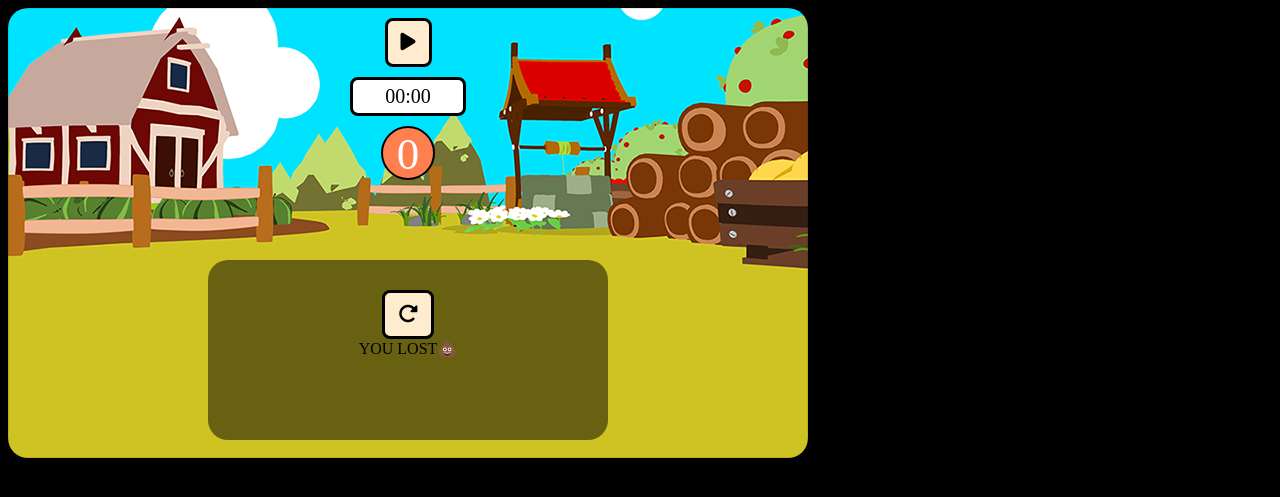
Repository: rladpwl0512/dreamcoding_browser101
Page: (7) catch-carrot-game/catch carrot/index.html
These files come from the project's save history. The page is drawn as it stood at one moment and after the next save; the edit follows.
The browser window is 1280 px wide. The pictures show the whole page.
Some web libraries are served in a nearby version.

Above is the page before, as saved 2021-10-07 17:49:50.

### (7) catch-carrot-game/catch carrot/index.html
<!DOCTYPE html>
<html lang="en">
<head>
  <meta charset="UTF-8">
  <meta http-equiv="X-UA-Compatible" content="IE=edge">
  <meta name="viewport" content="width=device-width, initial-scale=1.0">
  <link rel="stylesheet" href="./style.css">
  <script src="./main.js" defer></script>
  <script src="https://kit.fontawesome.com/d1f0f5669b.js" crossorigin="anonymous"></script>
  <title>🥕catch carrot</title>
</head>
<body>
  <div class="background">
    <div class="top">
      <button class="btn">
        <i class="fas fa-play"></i>
        <!-- <i class="fas fa-pause"></i> -->
        <span class="blind">start button</span>
      </button>
      <div class="clock">00:00</div>
      <div class="count">0</div>
    </div>
    <div class="bottom">
      <div class="carrot_bug">
        <!--벌레 7개-->
        <img class="bug" src="./img/bug.png" alt="bug">
        <img class="bug" src="./img/bug.png" alt="bug">
        <img class="bug" src="./img/bug.png" alt="bug">
        <img class="bug" src="./img/bug.png" alt="bug">
        <img class="bug" src="./img/bug.png" alt="bug">
        <img class="bug" src="./img/bug.png" alt="bug">
        <img class="bug" src="./img/bug.png" alt="bug">
        <!--당근 10개-->
        <img class="carrot" src="./img/carrot.png" alt="bug">
        <img class="carrot" src="./img/carrot.png" alt="bug">
        <img class="carrot" src="./img/carrot.png" alt="bug">
        <img class="carrot" src="./img/carrot.png" alt="bug">
        <img class="carrot" src="./img/carrot.png" alt="bug">
        <img class="carrot" src="./img/carrot.png" alt="bug">
        <img class="carrot" src="./img/carrot.png" alt="bug">
        <img class="carrot" src="./img/carrot.png" alt="bug">
        <img class="carrot" src="./img/carrot.png" alt="bug">
        <img class="carrot" src="./img/carrot.png" alt="bug">
      </div>
      <div class="alert">
        <button class="btn_replay">
          <i class="fas fa-redo-alt"></i>
        </button>
        <div class="message">YOU LOST💩</div>
      </div>
    </div>
  </div>
</body>
</html>

### (7) catch-carrot-game/catch carrot/style.css
@charset "UTF-8";

body {
  background-color: black;
  text-align: center;
}

button {
  background: transparent;
  box-shadow: 0px 0px 0px transparent;
  border: 0px solid transparent;
  text-shadow: 0px 0px 0px transparent;
  cursor: pointer;
}

.background {
  box-sizing: border-box;
  background-image: url(./img/background.png);
  background-repeat: no-repeat;
  width: 800px;
  height: 450px;
  border-radius: 20px;
  padding-top: 10px;
}

.btn, .btn_replay {
  display: block;
  margin: 0px auto;
  padding: 10px 13px;
  font-size: 20px;
  border: 3px solid black;
  border-radius: 8px;
  background-color: blanchedalmond;
}

.clock {
  width: 100px;
  background-color: white;
  border: 3px solid black;
  border-radius: 8px;
  padding: 5px;
  margin: 0 auto;
  font-size: 20px;
  margin: 10px auto 0;
}

.count {
  width: 50px;
  height: 50px;
  font-size: 45px;
  color: white;
  background-color: coral;
  border: 2px solid black;
  border-radius: 50%;
  margin: 10px auto 0;
}

.blind {
  position: absolute;
  width: 1px;
  height: 1px;
  clip: rect(0 0 0 0);
  margin: -1px;
  overflow: hidden;
}

.bottom {
  position: relative;
  height: 287px;
}

.bug, .carrot {
  display: none;
  position: absolute;
  top: 0;
  left: 0;
}

.alert {
  background-color: rgba(0, 0, 0, 0.5);  /* 50% 불투명도 */
  width: 400px;
  height: 150px;
  margin: 0 auto;
  border-radius: 20px;
  transform: translateY(80px);
  padding-top: 30px;
}

### (7) catch-carrot-game/catch carrot/main.js
const btn = document.querySelector('.btn');
const clock = document.querySelector('.clock');
const bugs = document.querySelectorAll('.bug');
const carrots = document.querySelectorAll('.carrot');
const count = document.querySelector('.count');

//타이머(count down)
let time = 11; //10초
function timer() {
    const interval = setInterval(function() {
      time--;
      if(time === -1) {
        time=11;
        clearInterval(interval);
        return;
      }
      clock.innerHTML = `00:${time}`;
  }, 1000); //1초마다 실행
}

//랜덤 배치
function random() {
  for(let bug of bugs) {
    let xNum = Math.floor(Math.random() * 720);
    let yNum = Math.floor(Math.random() * 170);
    bug.style.display = "block";
    bug.style.transform = `translate(${xNum}px, ${yNum}px)`;
  }
  for(let carrot of carrots) {
    xNum = Math.floor(Math.random() * 720);
    yNum = Math.floor(Math.random() * 170);
    carrot.style.display = "block";
    carrot.style.transform = `translate(${xNum}px, ${yNum}px)`;
  }
}

//클릭이 되었을 때 버튼 변경
btn.addEventListener('click', () => {
  //1. 중지버튼으로 변경
  btn.innerHTML=`
    <i class="fas fa-square"></i>
    <span class="blind">pause button</span>
  `;
  //2. 타이머 실행
  timer();
  //3. 카운터 실행(클릭 카운터)
  //4. 당근, 벌레 랜덤 배치
  random();
});

//당근이 클릭되었을 때
let cnt = 10; //당근 갯수
for(let carrot of carrots) {
  carrot.addEventListener('click', () => {
    carrot.style.display = "none"; //당근 사라지게 함
    cnt--;//counter 횟수 줄어듦
    count.innerHTML = cnt;
});

//벌레가 클릭되었을 때
for(let bug of bugs) {
  bug.addEventListener('click', () => {
    //you lost
  })
}
}

After the next save:
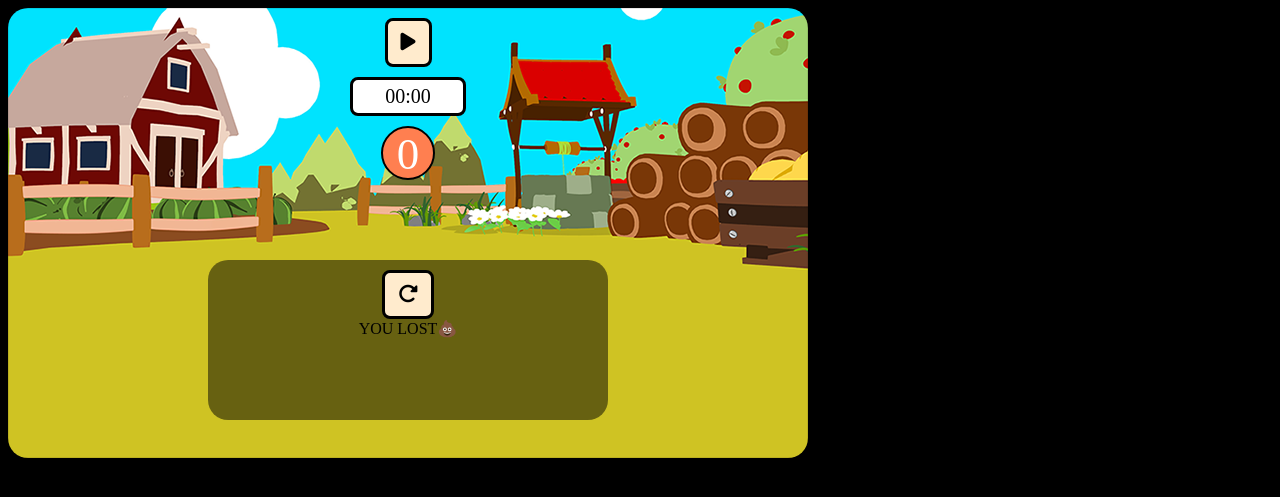
Saved 4 s later.
--- a/(7) catch-carrot-game/catch carrot/style.css
+++ b/(7) catch-carrot-game/catch carrot/style.css
@@ -83,5 +83,5 @@ button {
   margin: 0 auto;
   border-radius: 20px;
   transform: translateY(80px);
-  padding-top: 30px;
+  padding-top: 10px;
 }
